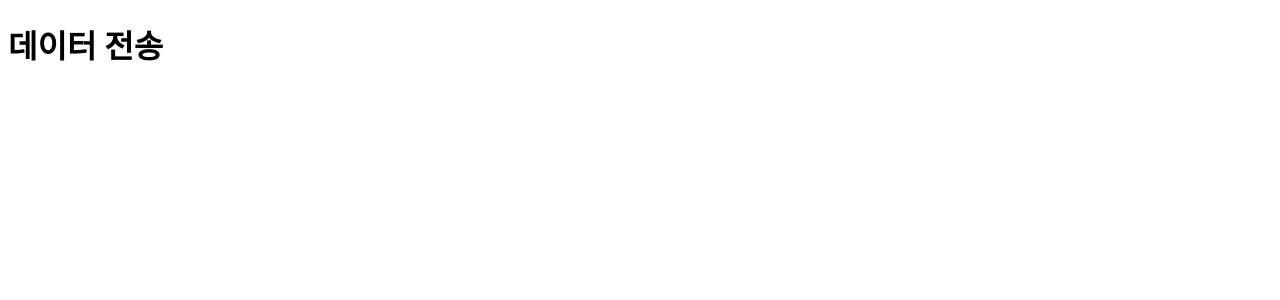
Repository: eeunha/server
Page: ServletTest/src/main/webapp/temp.html
The author's editor kept a copy of each file at every save. The page is drawn from the files as they stood at one save, then again after the next save.
The browser window is 1280 px wide. The pictures show the whole page.

Above is the page before, as saved 2023-10-17 02:10:19.

After the next save:
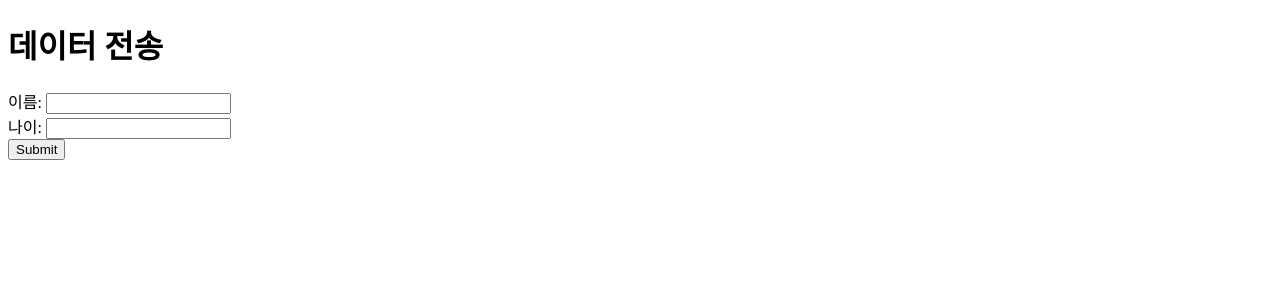
Saved 100 s later.
--- a/ServletTest/src/main/webapp/temp.html
+++ b/ServletTest/src/main/webapp/temp.html
@@ -7,8 +7,14 @@
 <body>
 	<h1>데이터 전송</h1>
 
-	<form method="GET" action="">
-
+	<form method="GET" action="데이터를 수신할 프로그램 URL">
+		<div>
+			이름: <input type="text" name="name">
+		</div>
+		<div>
+			나이: <input type="text" name="age">
+		</div>
+		<input type="submit" name="보내기">
 	</form>
 
 </body>
